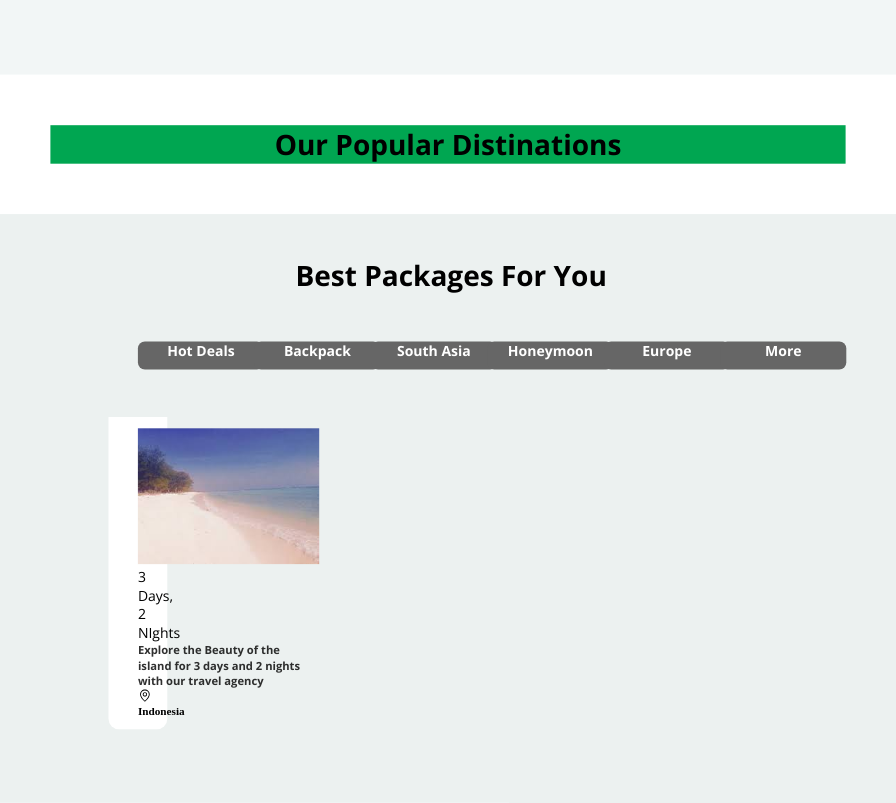
Repository: kubrazamanova/Background-Image
Page: index.html
An editor plug-in stored every save of this project. The page is shown before and after the next save, followed by the edit.
The browser window is 1280 px wide. The pictures show the part of the page from y = 2417 to 4337 px (the page is 3564 px tall before and 5246 px after), at 70% of full size.

Above is the page before, as saved 2023-10-21 10:29:03.

After the next save:
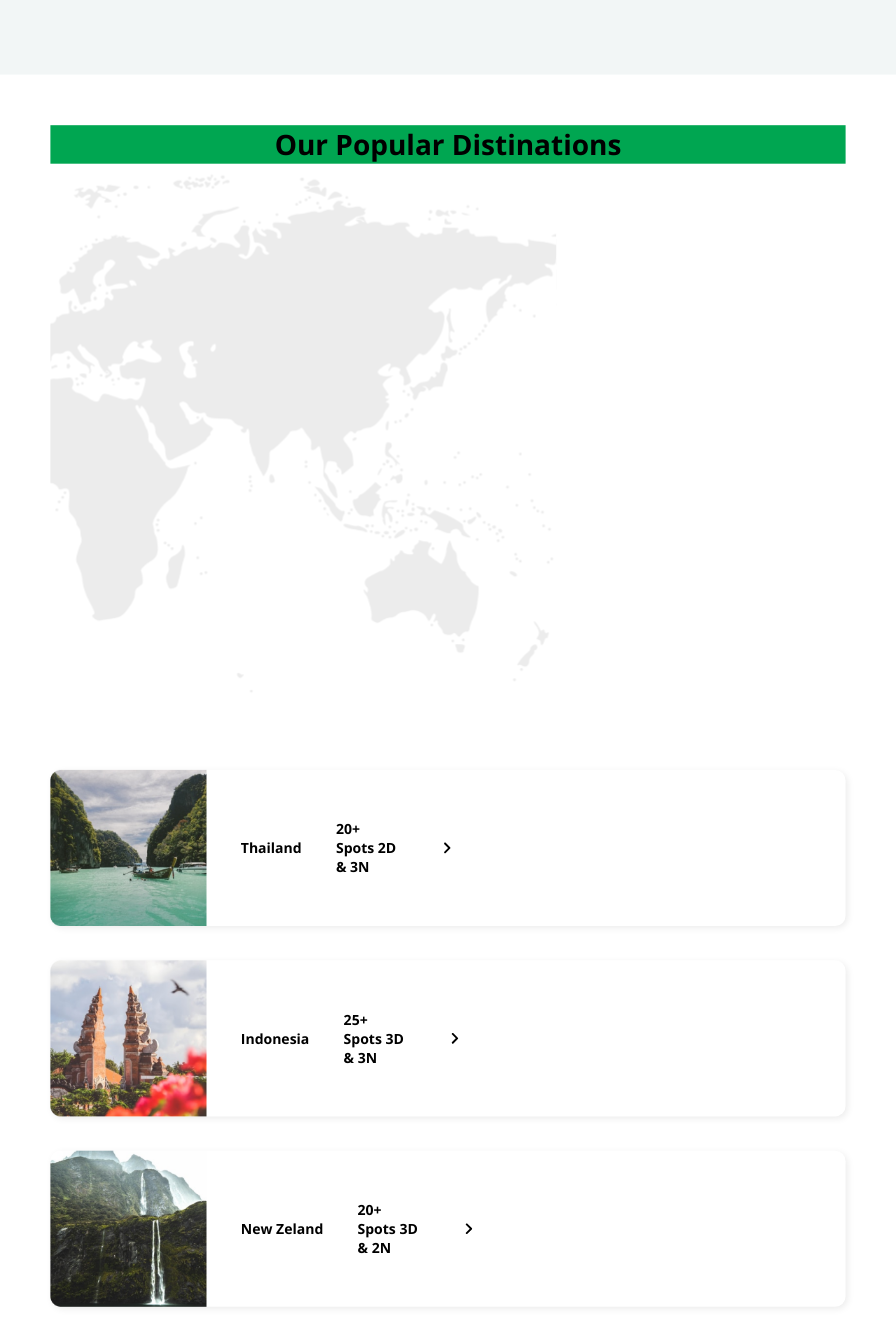
Saved 83 s later.
--- a/index.html
+++ b/index.html
@@ -218,7 +218,7 @@
       <div id="distinations">
         <h1>Our Popular Distinations</h1>
 
-        <!-- <div class="map">
+        <div class="map">
           <img src="./image/world_map_PNG28 2.svg" alt="" />
         </div>
         <ul>
@@ -275,7 +275,7 @@
               />
             </svg>
           </li>
-        </ul> -->
+        </ul>
       </div>
 
       <div class="best-package" id="best-package">
